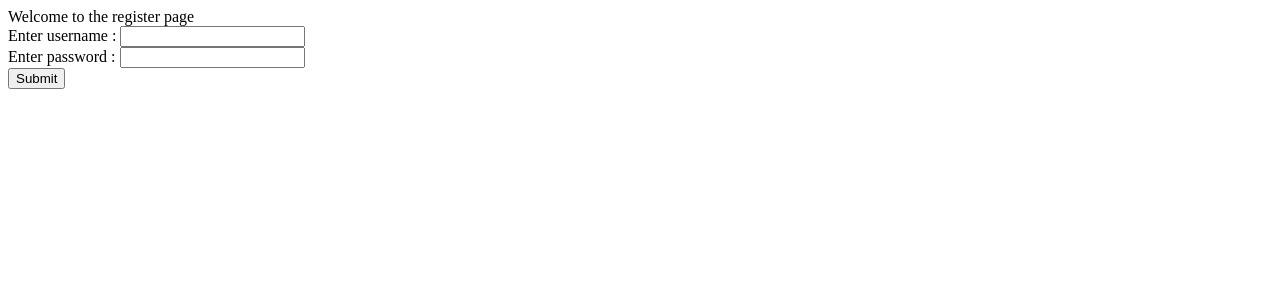
Repository: Sourabh-Gautam/epam-hometask
Page: http://localhost/onlinequizmanagement/view/registerpage.jsp
An editor plug-in stored every save of this project. The page is shown before and after the next save, followed by the edit.
The browser window is 1280 px wide. The pictures show the whole page.
The page is served by Tomcat 9. Other server files are loaded and not shown.

Above is the page before, as saved 2022-11-08 22:17:39.

### Spring/Spring Boot Web/onlinequizmanagement/src/main/webapp/view/registerpage.jsp
<%@ page language="java" contentType="text/html; charset=ISO-8859-1"
	pageEncoding="ISO-8859-1"%>
<!DOCTYPE html>
<html>
<head>
<meta charset="ISO-8859-1">
<title>Insert title here</title>
</head>
<body>
	Welcome to the register page
	<br />
	<form action="", method="post">
		Enter username : <input type="text" name="username" /><br /> Enter
		password : <input type="password" name="password" /><br /> <input
			type="submit" />
	</form>
</body>
</html>

After the next save:
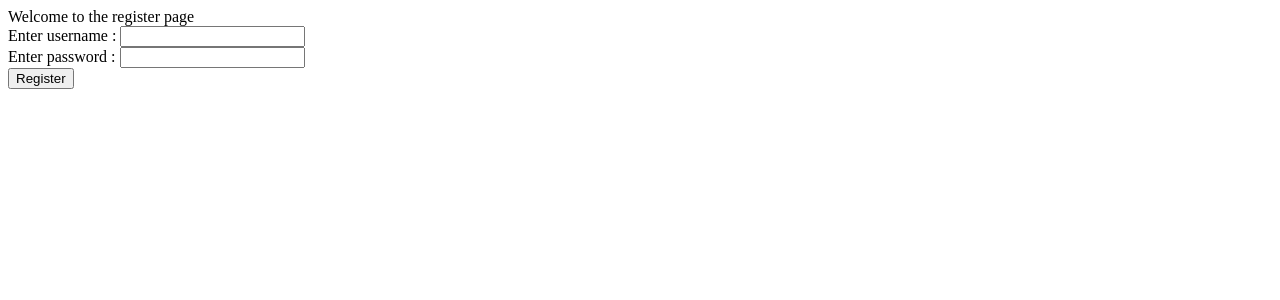
Saved 13 s later.
--- a/Spring/Spring Boot Web/onlinequizmanagement/src/main/webapp/view/registerpage.jsp
+++ b/Spring/Spring Boot Web/onlinequizmanagement/src/main/webapp/view/registerpage.jsp
@@ -12,7 +12,7 @@
 	<form action="", method="post">
 		Enter username : <input type="text" name="username" /><br /> Enter
 		password : <input type="password" name="password" /><br /> <input
-			type="submit" />
+			type="submit" value="Register"/>
 	</form>
 </body>
 </html>
